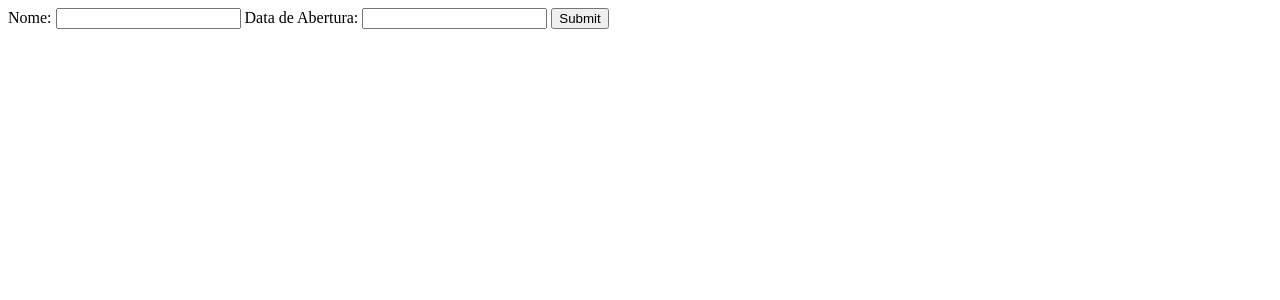
Repository: rodrigo-peddinghausen/java-servelet
Page: http://localhost/gerenciador/formNovaEmpresa.jsp
The author's editor kept a copy of each file at every save. The page is drawn from the files as they stood at one save, then again after the next save.
The browser window is 1280 px wide. The pictures show the whole page.
The page is served by Tomcat 9. Other server files are loaded and not shown.

Above is the page before, as saved 2021-04-29 22:04:54.

### gerenciador/WebContent/formNovaEmpresa.jsp
<%@ taglib uri="http://java.sun.com/jsp/jstl/core" prefix="c" %>
<c:url value="/novaEmpresa" var="linkServletNovaEmpresa"/>

<!DOCTYPE html>
<html>
<head>
<meta charset="UTF-8">
<title>Insert title here</title>
</head>
<body>

	<form action="${ linkServletNovaEmpresa }" method="post"> <!-- O "action" defina a url pra onde vocêe vai enviar a requisição ao subter o formulário. E o "name" é o nome do parametro -->
		Nome: <input type="text" name="nome" />
		Data de Abertura: <input type="text" name="data" />
		<input type="submit" />
	</form>
</body>
</html>

After the next save:
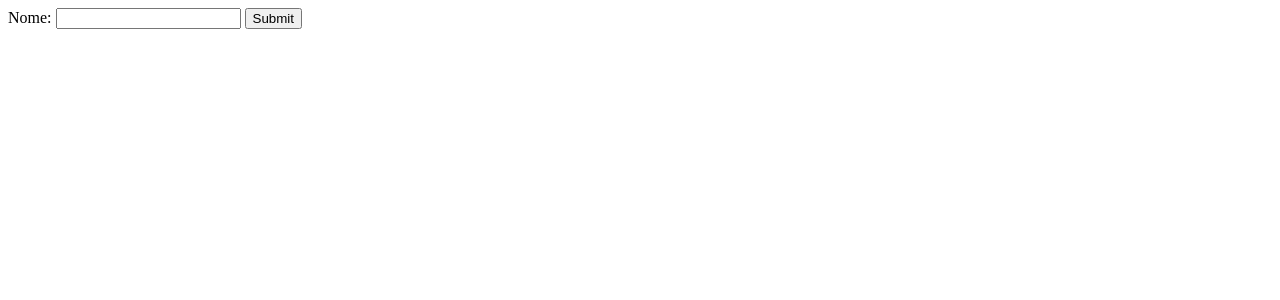
Saved 2 min 27 s later.
--- a/gerenciador/WebContent/formNovaEmpresa.jsp
+++ b/gerenciador/WebContent/formNovaEmpresa.jsp
@@ -11,7 +11,7 @@
 
 	<form action="${ linkServletNovaEmpresa }" method="post"> <!-- O "action" defina a url pra onde vocêe vai enviar a requisição ao subter o formulário. E o "name" é o nome do parametro -->
 		Nome: <input type="text" name="nome" />
-		Data de Abertura: <input type="text" name="data" />
+
 		<input type="submit" />
 	</form>
 </body>
